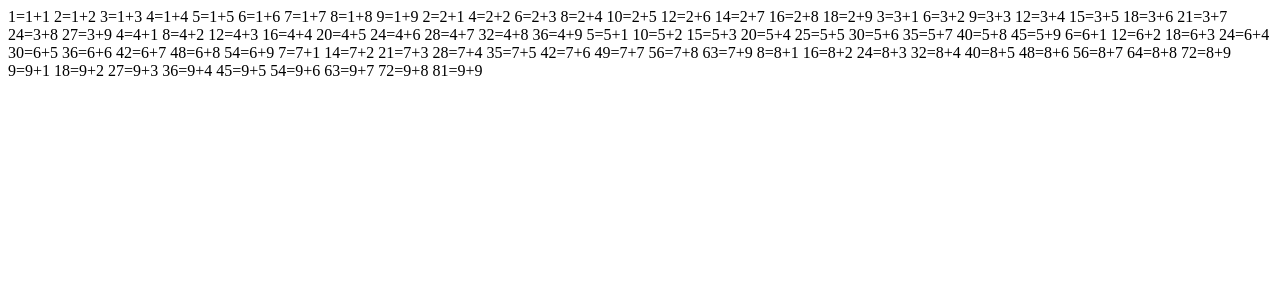
Repository: SuperHamzzi/JSPStudy
Page: http://localhost/JSP01/Gugudan.jsp
An editor plug-in stored every save of this project. The page is shown before and after the next save, followed by the edit.
The browser window is 1280 px wide. The pictures show the whole page.
The page is served by Tomcat 9.

Above is the page before, as saved 2023-06-04 03:34:35.

After the next save:
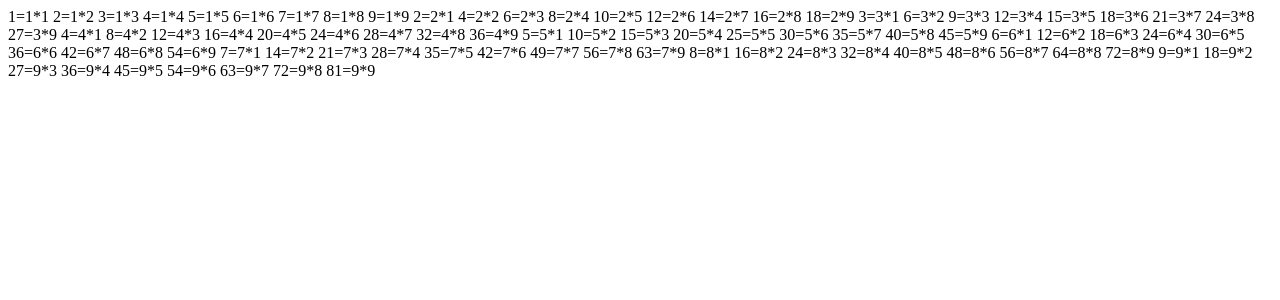
Saved 14 s later.
--- a/JSP01/WebContent/Gugudan.jsp
+++ b/JSP01/WebContent/Gugudan.jsp
@@ -11,7 +11,7 @@
 	for(int i=1; i<10; i++){
 		for(int j=1; j<10; j++){
 			%>
-			<%= i*j+"="+ i+"+"+j %>
+			<%= i*j+"="+ i+"*"+j %>
 
 
 			<%
